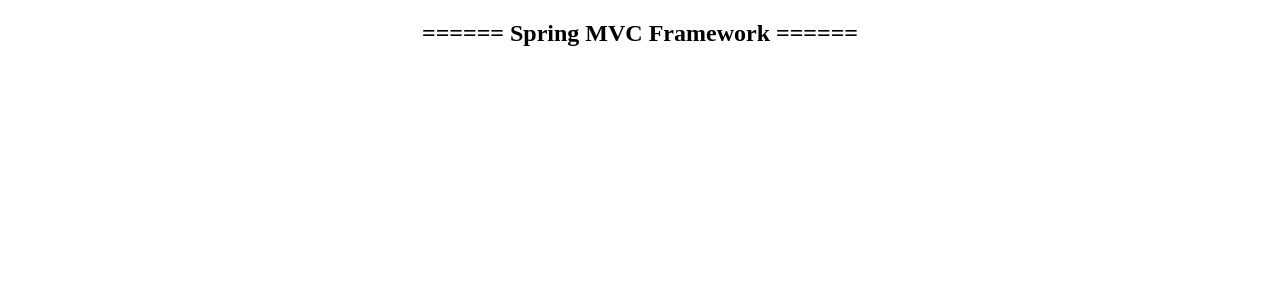
Repository: Niftrone/Framework
Page: http://localhost/boot02_SpringMVC/main.jsp
An editor plug-in stored every save of this project. The page is shown before and after the next save, followed by the edit.
The browser window is 1280 px wide. The pictures show the whole page.
The page is served by Tomcat 9.

Above is the page before, as saved 2025-07-14 00:15:42.

After the next save:
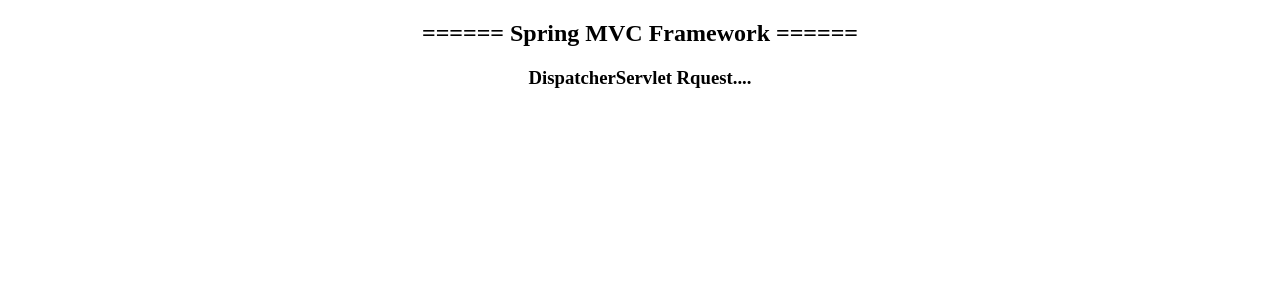
Saved 36 s later.
--- a/work07_boot/boot02_SpringMVC/src/main/webapp/main.jsp
+++ b/work07_boot/boot02_SpringMVC/src/main/webapp/main.jsp
@@ -8,5 +8,6 @@
 </head>
 <body>
 <h2 align="center">====== Spring MVC Framework ======</h2>
+<center><h3><a>DispatcherServlet Rquest....</a></h3></center>
 </body>
 </html>
